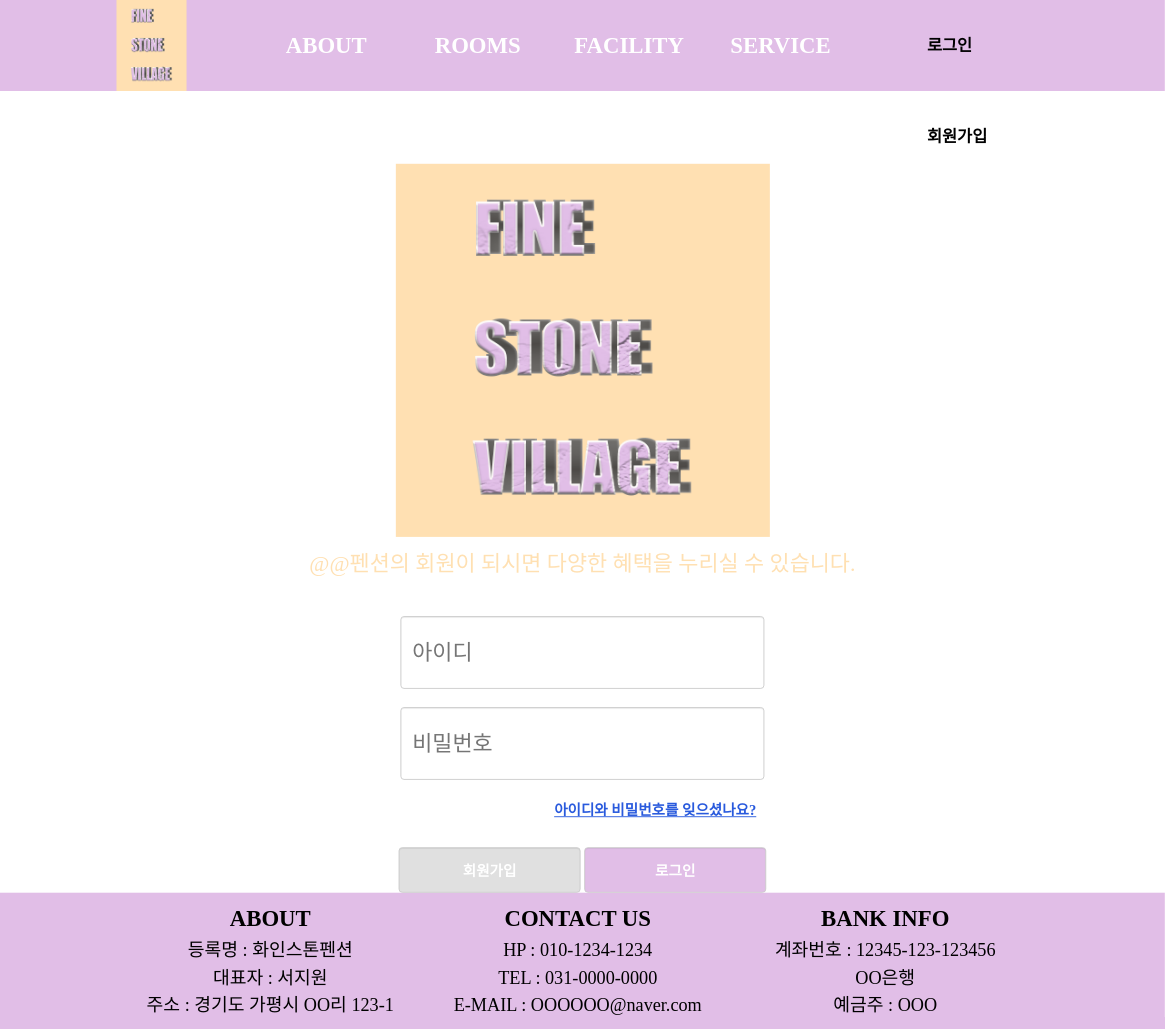
Repository: yoonjaesub/-pensionProject
Page: http://localhost/pension_project/WEB-INF/views/login.jsp
An editor plug-in stored every save of this project. The page is shown before and after the next save, followed by the edit.
The browser window is 1280 px wide. The pictures show the whole page, at 91% of full size.
The page is served by Tomcat 9. Nobody is signed in. Other server files are loaded and not shown. The template is opened directly, without the code that normally fills it, so the values that code supplies are empty.

Above is the page before, as saved 2021-01-14 15:43:51.

### Project_content/pension_project/src/main/webapp/WEB-INF/views/login.jsp
<%@ page language="java" contentType="text/html; charset=UTF-8"
    pageEncoding="UTF-8"%>
<%@ page import="java.sql.*, java.lang.*, java.net.*, java.text.*, java.util.* " %>
<!DOCTYPE html>
<html>
<head>
<link rel="stylesheet" href="resources/css/common.css" />
<meta charset="UTF-8">
<title>인덱스</title>
  <style>
        .login_main{clear: both; width: 1280px; height: auto; margin: 0 auto; text-align: center;}
        .lst{margin-top: 80px;}
        .lst2{line-height: 50px; margin-bottom: 20px;}
        .lst4{line-height: 30px;}
        .lst5{margin-top: 10px;}
        .lst6{margin-top: 30px;}

        .tit_left{font-size: 16px; font-weight: bold; text-decoration: underline; margin-left: 160px; color: rgb(41, 90, 221); cursor: pointer;}
        .tit{font-size: 24px; color: rgb(255, 224, 178);}
        input{width: 400px; height: 80px; padding: 6px 12px; font-size:24px;
		    background: #ffffff;
		    border: 1px solid #ccc;
		    border-radius: 4px;
		    box-shadow: inset 0 1px 1px rgba(0,0,0,.075);
		    box-sizing: border-box;
		    resize: none;
		    margin: 10px 10px;}
		        button{padding: 6px 12px; width: 200px; height: 50px;
		    background: #fff;
		    border: 1px solid #ccc;
		    border-radius: 4px;
		    box-shadow: inset 0 1px 1px rgba(0,0,0,.075);
		    box-sizing: border-box;
		    resize: none;
		    font-size: 14px;}
        .login_btn{background-color: rgb(225, 190, 231); color: #ffffff; font-weight: bold; font-size: 16px;}
        .join_btn:hover{background-color: rgb(225, 190, 231);}
        .join_btn{background-color: rgb(224, 224, 224); color: #ffffff; font-weight: bold; font-size: 16px;}
    </style>
</head>
<body>
<%@ include file = "header.jsp" %>
  <main class="content">
            <div class="login_main">
                <div class="cotent1">
                    <li class="lst"><img src="resources/img/O_fine_logo.png" alt="콘텐츠"></li>
                    <li class="lst2"><span class="tit">@@펜션의 회원이 되시면 다양한 혜택을 누리실 수 있습니다.</span></li>
                    <li class="lst3"><input type="text" name="" id="" value="" placeholder="아이디"></input></li>
                    <li class="lst4"><input type="password" name="" id="" value="" placeholder="비밀번호"></input></li>
                    <li class="lst5"><a href="#" class="tit_left">아이디와 비밀번호를 잊으셨나요?</a></li>
                    <li class="lst6">
                        <button class="join_btn" type="button" >회원가입</button>
                        <button class="login_btn" type="button" >로그인</button>
                    </li>
                </div>
            </div>
        </main>
<%@ include file = "footer.jsp" %>
</body>
</html>

### Project_content/pension_project/src/main/webapp/WEB-INF/views/header.jsp
<%@ page language="java" contentType="text/html; charset=UTF-8"
    pageEncoding="UTF-8"%>
    <div class="wrap">
        <div class="header">
            <div class="hd_wrap">
                <a href="index" class="logo"><img src="resources/img/O_fine_logo.png" alt="로고"></a>
                <nav class="gnb">
                    <ul>
                        <li><a href="about">ABOUT</a></li>
                        <li><a href="room_list">ROOMS</a></li>
                        <li><a href="facility">FACILITY</a></li>
                        <li><a href="service">SERVICE</a></li>
                    </ul>
                </nav>
                <div class="login_box">
                    <a href="login">로그인</a>
                    <a href="mem_join">회원가입</a>
                </div>
            </div>
        </div>

### Project_content/pension_project/src/main/webapp/WEB-INF/views/footer.jsp
<%@ page language="java" contentType="text/html; charset=UTF-8"
    pageEncoding="UTF-8"%>

        <div class="footer">
            <div class="ft_wrap">
                <ul class="ft_info_box">
                    <li>
                        <h4 class="ft_info_tit">ABOUT</h4>
                        <p>등록명 : 화인스톤펜션</p>
                        <p>대표자 : 서지원</p>
                        <p>주소 : 경기도 가평시 OO리 123-1</p>
                    </li>
                    <li>
                        <h4 class="ft_info_tit">CONTACT US</h4>
                        <p>HP : 010-1234-1234</p>
                        <p>TEL : 031-0000-0000</p>
                        <p>E-MAIL : OOOOOO@naver.com</p>
                    </li>
                    <li>
                        <h4 class="ft_info_tit">BANK INFO</h4>
                        <p>계좌번호 : 12345-123-123456 <br>
                            OO은행 </p>
                        <p>예금주 : OOO</p>
                    </li>
                </ul>
            </div>
        </div>
    </div>
</body>
</html>

### Project_content/pension_project/src/main/webapp/resources/css/common.css
/* 색상 */
.color1 {background : #fff3e0;}
.color2 {background : #fff8e1;}
.color3 {background : #ffecb3;}
.color4 {background : #ffe0b2;}
.color5 {background : #e1bee7;}

/* 폰트 */
.font_M {font-family: 'Noto Sans KR', sans-serif;}
.font_MB {font-family: 'Do Hyeon', sans-serif;}
.font_EB {font-family: 'Abril Fatface', cursive;}
.font_E {font-family: 'Darker Grotesque', sans-serif;}

/* 초기화 */
* {margin: 0; padding: 0;}
html,body {max-width: 100vw; height: 100%;}
ul,li {list-style: none;}
a {text-decoration: none; color:#000;}

/* 헤더 */
.wrap {width: 100%; height: 100%; box-sizing: border-box;}
.header {width: 100%; height: 100px; background: #E1BEE7;}
.hd_wrap {width: 80%; height: 100px; margin: 0 auto; }
.logo {display:inline-block; width: 7.5%; height: 100px;}
.logo img {width: 100%; height: 100%;}
.gnb {display: inline-block; width: 65%; height: 100px; margin-left: 6.5%;}
.gnb ul {width: 100%;}
.gnb ul li {float: left; width: 25%; text-align: center; line-height: 100px;}
.gnb ul li a {width: 100%; font-size: 25px; color: #fff; font-weight: bold;}
.login_box {float: right; width: 14%; height: 100px; }
.login_box a {display: inline-block; width: auto; text-align: center; margin: 0 10px; font-size: 18px; line-height: 100px; font-weight: bold; }

/* 콘텐츠 */
.content {clear: both; width: 100%; height: auto; min-height: 800px; margin: 0 auto; box-sizing: border-box;}

/* 푸터 */
.footer {clear: both; width: 100%; height: 150px; background: #E1BEE7;}
.ft_wrap {width: 80%; height: 100%; margin: 0 auto; text-align: center; }
.ft_info_box {width: 100%;}
.ft_info_box li {float: left; width: 33%; height: 100px; line-height: 1.5; margin-top: 10px; }
.ft_info_box h4 {font-size: 25px;}
.ft_info_box p {font-size: 20px;}

After the next save:
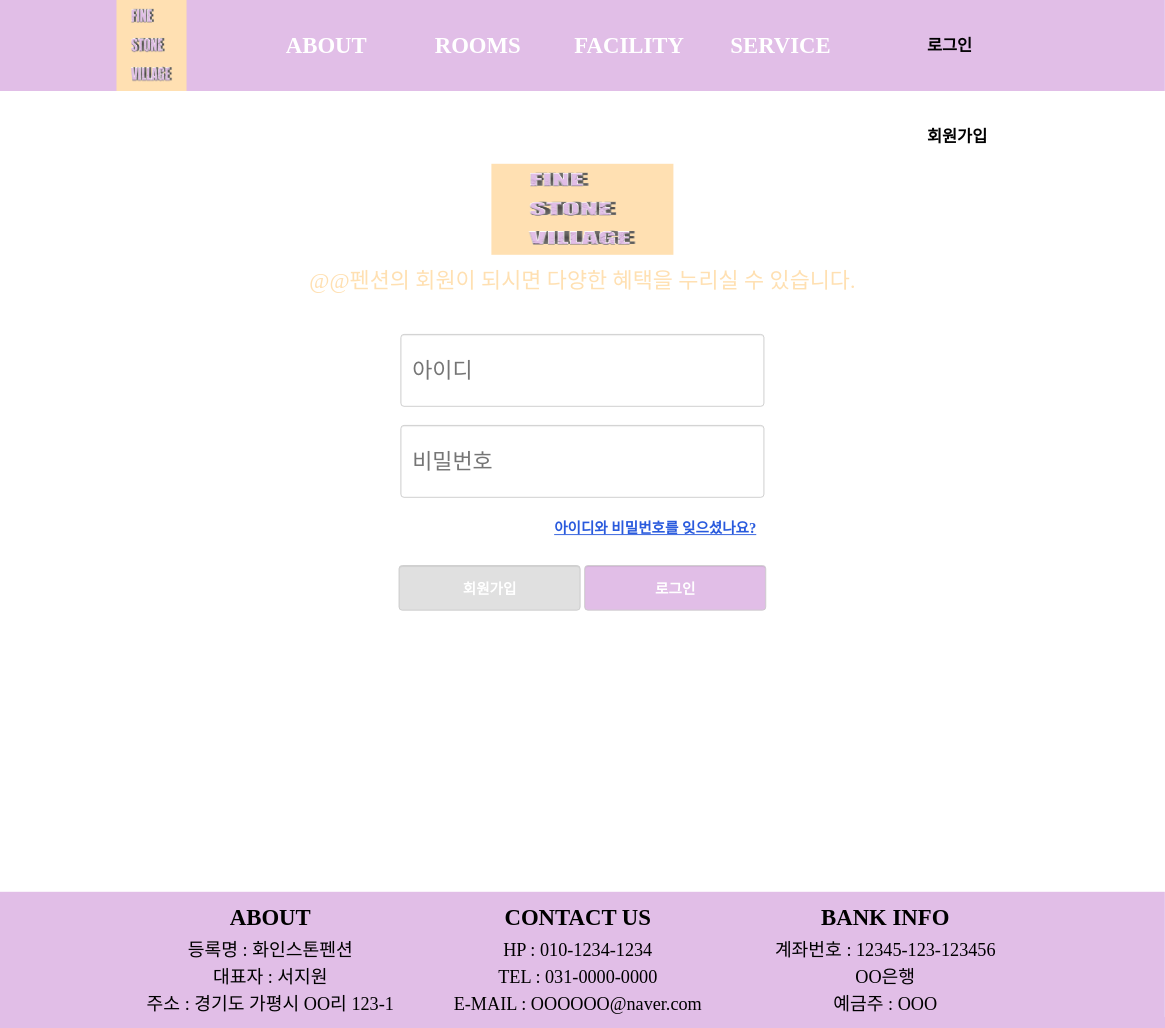
Saved 24 s later.
--- a/Project_content/pension_project/src/main/webapp/WEB-INF/views/login.jsp
+++ b/Project_content/pension_project/src/main/webapp/WEB-INF/views/login.jsp
@@ -43,7 +43,7 @@
   <main class="content">
             <div class="login_main">
                 <div class="cotent1">
-                    <li class="lst"><img src="resources/img/O_fine_logo.png" alt="콘텐츠"></li>
+                    <li class="lst"><img src="resources/img/O_fine_logo.png" style="width: 200px", height="100px" alt="콘텐츠"></li>
                     <li class="lst2"><span class="tit">@@펜션의 회원이 되시면 다양한 혜택을 누리실 수 있습니다.</span></li>
                     <li class="lst3"><input type="text" name="" id="" value="" placeholder="아이디"></input></li>
                     <li class="lst4"><input type="password" name="" id="" value="" placeholder="비밀번호"></input></li>
